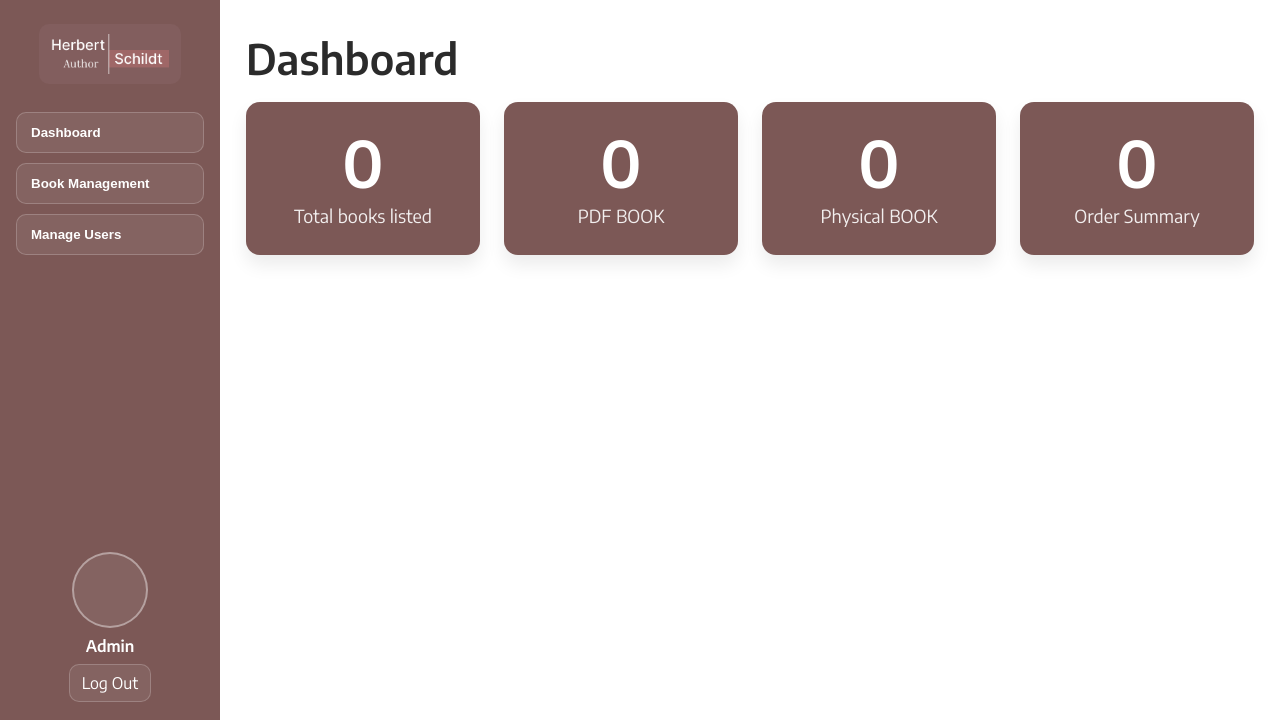
Repository: Darkrepo23/Author-Website-
Page: pages/Admin/admin.html
The author's editor kept a copy of each file at every save. The page is drawn from the files as they stood at one save, then again after the next save.
The browser window is 1280 px wide. The pictures show the whole page.

Above is the page before, as saved 2025-09-11 06:52:22.

### pages/Admin/admin.html
<!DOCTYPE html>
<html lang="en">
<head>
  <meta charset="UTF-8" />
  <meta name="viewport" content="width=device-width, initial-scale=1.0" />
  <title>Admin | Herbert Schildt</title>
  <link rel="stylesheet" href="admin.css" />
  <link rel="preload" href="../font/Encode_Sans/static/EncodeSans-Regular.ttf" as="font" type="font/ttf" crossorigin>
  <link rel="preload" href="../font/Encode_Sans/static/EncodeSans-SemiBold.ttf" as="font" type="font/ttf" crossorigin>
</head>
<body>
  <aside class="sidebar">
    <div class="brand">
      <div class="brand-box">
        <img src="Group 10.png" alt="Herbert Schildt" class="brand-logo" />
      </div>
    </div>
    <button class="burger" id="burger" aria-label="Toggle menu">
      <span></span><span></span><span></span>
    </button>
    <nav class="menu">
      <button class="menu-item active" data-target="dashboard">Dashboard</button>
      <button class="menu-item" data-target="books">Book Management</button>
      <button class="menu-item" data-target="users">Manage Users</button>
    </nav>
    <div class="admin-profile">
      <div class="avatar" aria-hidden="true"></div>
      <div class="admin-name">Admin</div>
      <a href="../Login/pages/login.html" class="logout">Log Out</a>
    </div>
  </aside>

  <main class="content">
    <!-- DASHBOARD -->
    <section id="dashboard" class="section visible">
      <h1>Dashboard</h1>
      <div class="cards">
        <div class="card">
          <div class="card-num" id="stat-total-books">0</div>
          <div class="card-label">Total books listed</div>
        </div>
        <div class="card">
          <div class="card-num" id="stat-pdf">0</div>
          <div class="card-label">PDF BOOK</div>
        </div>
        <div class="card">
          <div class="card-num" id="stat-physical">0</div>
          <div class="card-label">Physical BOOK</div>
        </div>
        <div class="card">
          <div class="card-num" id="stat-orders">0</div>
          <div class="card-label">Order Summary</div>
        </div>
      </div>
    </section>

    <!-- BOOK MANAGEMENT -->
    <section id="books" class="section">
      <div class="section-head">
        <h1>Book Management</h1>
        <button class="primary" id="btn-open-add-book">
          <span class="icon-book" aria-hidden="true"></span>
          Add Book
        </button>
      </div>
      <div class="table-wrap">
        <table class="table">
          <thead>
            <tr>
              <th>Book Title</th>
              <th>Category</th>
              <th>Price</th>
              <th>Book Type</th>
              <th>Edit</th>
              <th>Delete</th>
            </tr>
          </thead>
          <tbody id="books-tbody"></tbody>
        </table>
      </div>
    </section>

    <!-- USERS -->
    <section id="users" class="section">
      <h1>Manage Users</h1>
      <div class="table-wrap">
        <table class="table">
          <thead>
            <tr>
              <th>Full Name</th>
              <th>Email</th>
              <th>Purchase Books</th>
              <th>Date Joined</th>
              <th>View</th>
            </tr>
          </thead>
          <tbody id="users-tbody"></tbody>
        </table>
      </div>
    </section>
  </main>

  <!-- Add/Edit Book Modal -->
  <div class="modal" id="book-modal" aria-hidden="true" role="dialog" aria-labelledby="book-modal-title">
    <div class="modal-card">
      <div class="modal-head">
        <h2 id="book-modal-title">Add New Books</h2>
        <button class="icon-close" id="book-modal-close" aria-label="Close"></button>
      </div>
      <div class="modal-body add-book-grid">
        <div class="book-image">
         .img
          <label class="secondary file-btn">
            <input type="file" id="book-cover" accept="image/*" hidden />
            Upload Image Book
          </label>
          <div class="field">
            <label>Book Type</label>
            <select id="book-type">
              <option value="PDF">PDF BOOK</option>
              <option value="PHYSICAL">PHYSICAL BOOK</option>
            </select>
          </div>
          <label class="secondary file-btn">
            <input type="file" id="book-pdf" accept="application/pdf" hidden />
            Upload PDF
          </label>
        </div>
        <form id="book-form" class="book-form" autocomplete="off">
          <div class="field">
            <label>Title</label>
            <input id="book-title" type="text" required />
          </div>
          <div class="field">
            <label>Description</label>
            <textarea id="book-description" rows="6"></textarea>
          </div>
          <div class="grid-3">
            <div class="field">
              <label>Price</label>
              <input id="book-price" type="number" step="0.01" min="0" required />
            </div>
            <div class="field">
              <label>Category</label>
              <input id="book-category" type="text" required />
            </div>
            <div class="field">
              <label>Rating</label>
              <input id="book-rating" type="number" step="0.1" min="0" max="5" />
            </div>
          </div>
          <div class="grid-3">
            <div class="field">
              <label>Year</label>
              <input id="book-year" type="number" min="1900" max="2100" />
            </div>
            <div class="field">
              <label>Pages</label>
              <input id="book-pages" type="number" min="1" />
            </div>
            <div class="field">
              <label>ISBN</label>
              <input id="book-isbn" type="text" />
            </div>
          </div>
          <div class="modal-actions">
            <button type="button" class="secondary" id="book-cancel">Go Back</button>
            <button type="submit" class="primary" id="book-submit">Add New Book</button>
          </div>
        </form>
      </div>
    </div>
  </div>

  <!-- User Details Modal -->
  <div class="modal" id="user-modal" aria-hidden="true" role="dialog" aria-labelledby="user-modal-title">
    <div class="modal-card">
      <div class="modal-head">
        <h2 id="user-modal-title">User Information</h2>
        <button class="icon-close" id="user-modal-close" aria-label="Close"></button>
      </div>
      <div class="modal-body">
        <div class="user-info">
          <div class="line"><span>Full Name:</span><b id="u-fullname"></b></div>
          <div class="line"><span>Email:</span><b id="u-email"></b></div>
          <div class="line"><span>Date Joined:</span><b id="u-joined"></b></div>
          <h3>Purchase Book</h3>
          <div id="u-books" class="chips"></div>
        </div>
        <div class="modal-actions gap">
          <button class="secondary" id="user-block">Block Account</button>
          <button class="danger" id="user-delete">Delete Account</button>
        </div>
      </div>
    </div>
  </div>

  <script src="admin.js"></script>
</body>
</html>

### pages/Admin/admin.css
@font-face {
  font-family: Encode;
  src: url("../font/Encode_Sans/static/EncodeSans-Regular.ttf") format("truetype");
  font-weight: 400;
  font-style: normal;
  font-display: swap;
}

@font-face {
  font-family: Encode;
  src: url("../font/Encode_Sans/static/EncodeSans-SemiBold.ttf") format("truetype");
  font-weight: 600;
  font-style: normal;
  font-display: swap;
}

:root {
  --brand: #7c5856;
  --brand-600: #6f4c4a;
  --text: #2b2b2b;
  --muted: #676767;
  --bg: #ffffff;
  --border: #d6d1d1;
  --shadow: 0 10px 18px rgba(0, 0, 0, .08);
}

* {
  box-sizing: border-box;
}

html,
body {
  height: 100%;
}

body {
  margin: 0;
  font-family: Encode, system-ui, -apple-system, Segoe UI, Roboto, Ubuntu, Cantarell, Noto Sans, sans-serif;
  color: var(--text);
  background: var(--bg);
  display: flex;
}

.sidebar {
  width: 220px;
  min-width: 220px;
  background: var(--brand);
  color: #fff;
  display: flex;
  flex-direction: column;
  position: sticky;
  top: 0;
  height: 100vh;
  padding: 18px 16px;
  gap: 18px;
}

.brand {
  display: flex;
  align-items: center;
  justify-content: center;
  padding: 6px 0 10px;
}

.brand-box {
  background: #825E5E;
  padding: 10px 12px;
  border-radius: 10px;
  display: inline-flex;
  align-items: center;
  justify-content: center;
}

.brand-logo {
  height: 40px;
  filter: brightness(100%);
}

.burger {
  display: none;
  position: absolute;
  top: 16px;
  right: -48px;
  background: #fff;
  border: none;
  border-radius: 8px;
  padding: 10px;
  box-shadow: var(--shadow);
  cursor: pointer;
}

.burger span {
  display: block;
  width: 22px;
  height: 2px;
  background: var(--brand);
  margin: 4px 0;
}

.menu {
  display: flex;
  flex-direction: column;
  gap: 10px;
}

.menu-item {
  background: #fff1;
  color: #fff;
  border: 1px solid #ffffff33;
  border-radius: 10px;
  padding: 12px 14px;
  text-align: left;
  font-weight: 600;
  cursor: pointer;
}

.img

.menu-item.active,
.menu-item:hover {
  background: #fff;
  border-color: #fff;
  color: var(--brand);
}

.admin-profile {
  margin-top: auto;
  display: flex;
  flex-direction: column;
  align-items: center;
  gap: 8px;
}

.avatar {
  width: 76px;
  height: 76px;
  border-radius: 50%;
  background: #fff1;
  border: 2px solid #ffffff66;
}

.admin-name {
  font-weight: 600;
}

.logout {
  color: #fff;
  background: #fff1;
  border: 1px solid #ffffff33;
  border-radius: 10px;
  padding: 8px 12px;
  text-decoration: none;
}

.logout:hover {
  background: #fff;
  color: var(--brand);
}

.content {
  flex: 1;
  padding: 32px 26px;
}

.section {
  display: none;
}

.section.visible {
  display: block;
}

.section h1 {
  margin: 0 0 18px;
  font-size: 42px;
}

.cards {
  display: grid;
  grid-template-columns: repeat(4, minmax(170px, 1fr));
  gap: 24px;
}

.card {
  background: var(--brand);
  color: #fff;
  border-radius: 14px;
  padding: 28px;
  text-align: center;
  box-shadow: var(--shadow);
}

.card-num {
  font-size: 64px;
  font-weight: 700;
  line-height: 1;
}

.card-label {
  opacity: .9;
  margin-top: 10px;
  font-size: 18px;
}

.section-head {
  display: flex;
  align-items: center;
  justify-content: space-between;
  gap: 16px;
}

.primary,
.secondary,
.danger {
  border: none;
  border-radius: 10px;
  padding: 12px 18px;
  font-weight: 700;
  cursor: pointer;
}

.primary {
  background: var(--brand);
  color: #fff;
}

.primary:hover {
  background: var(--brand-600);
}

.secondary {
  background: #e9e4e4;
  color: var(--text);
}

.danger {
  background: #e02828;
  color: #fff;
}

.table-wrap {
  background: #fff;
  border: 1px solid var(--border);
  border-radius: 10px;
  overflow: auto;
}

.table {
  width: 100%;
  border-collapse: collapse;
  min-width: 740px;
}

.table th,
.table td {
  padding: 16px 18px;
  border-bottom: 1px solid var(--border);
}

.table thead th {
  background: #f6f3f3;
  text-align: left;
}

.table td .small {
  font-size: 12px;
  color: var(--muted);
}

.table button {
  padding: 8px 12px;
  border-radius: 8px;
  border: 1px solid var(--border);
  background: #eee;
  cursor: pointer;
}

.table button:hover {
  background: #e2dfdf;
}

/* MODAL */
.modal {
  position: fixed;
  inset: 0;
  background: rgba(0, 0, 0, .35);
  display: none;
  align-items: center;
  justify-content: center;
  padding: 20px;
}

.modal.show {
  display: flex;
}

.modal-card {
  width: min(980px, 100%);
  background: #fff;
  border-radius: 12px;
  box-shadow: var(--shadow);
  overflow: hidden;
}

.modal-head {
  display: flex;
  align-items: center;
  justify-content: space-between;
  padding: 18px 20px;
  border-bottom: 1px solid var(--border);
}

.modal-body {
  padding: 20px;
}

.icon-close {
  width: 32px;
  height: 32px;
  border-radius: 8px;
  border: 1px solid var(--border);
  background: #f5f5f5;
  cursor: pointer;
}

.icon-close:before {
  content: "\00D7";
  display: block;
  text-align: center;
  font-size: 20px;
  line-height: 30px;
  color: var(--text);
}

.add-book-grid {
  display: grid;
  grid-template-columns: 280px 1fr;
  gap: 24px;
}

.book-image img {
  width: 100%;
  height: auto;
  border: 1px solid var(--border);
  border-radius: 8px;
}

.file-btn {
  display: inline-block;
  text-align: center;
  margin-top: 10px;
}

.book-form .field {
  display: flex;
  flex-direction: column;
  gap: 8px;
  margin-bottom: 12px;
}

.book-form input,
.book-form textarea,
.book-form select {
  padding: 12px 12px;
  border: 1px solid var(--border);
  border-radius: 10px;
  font: inherit;
}

.grid-3 {
  display: grid;
  grid-template-columns: repeat(3, 1fr);
  gap: 12px;
}

.modal-actions {
  display: flex;
  justify-content: flex-end;
  gap: 12px;
  margin-top: 8px;
}

.modal-actions.gap {
  justify-content: flex-start;
}

.user-info .line {
  display: flex;
  gap: 8px;
  margin: 6px 0;
  color: var(--muted);
}

.user-info h3 {
  margin-top: 12px;
}

.chips {
  display: flex;
  flex-wrap: wrap;
  gap: 10px;
  margin-top: 6px;
}

.chips:empty:before {
  content: "No purchase yet";
  color: var(--muted);
}

.chips .chip {
  background: #f0eeee;
  border: 1px solid var(--border);
  border-radius: 999px;
  padding: 6px 10px;
  font-size: 14px;
}

/* RESPONSIVE */
@media (max-width: 1024px) {
  .cards { grid-template-columns: repeat(2, 1fr); }
}

@media (max-width: 840px) {
  .sidebar {
    position: fixed;
    left: 0;
    z-index: 20;
    transform: translateX(-100%);
    transition: transform .25s;
  }
  .sidebar.open { transform: none; }
  .burger { display: block; }
  .content { padding: 24px 16px; margin-left: 0; }
  .add-book-grid { grid-template-columns: 1fr; }
  .grid-3 { grid-template-columns: 1fr; }
}

Loaded but not shown: pages/Admin/admin.js (no copy from this time; the picture is the same without it)

After the next save:
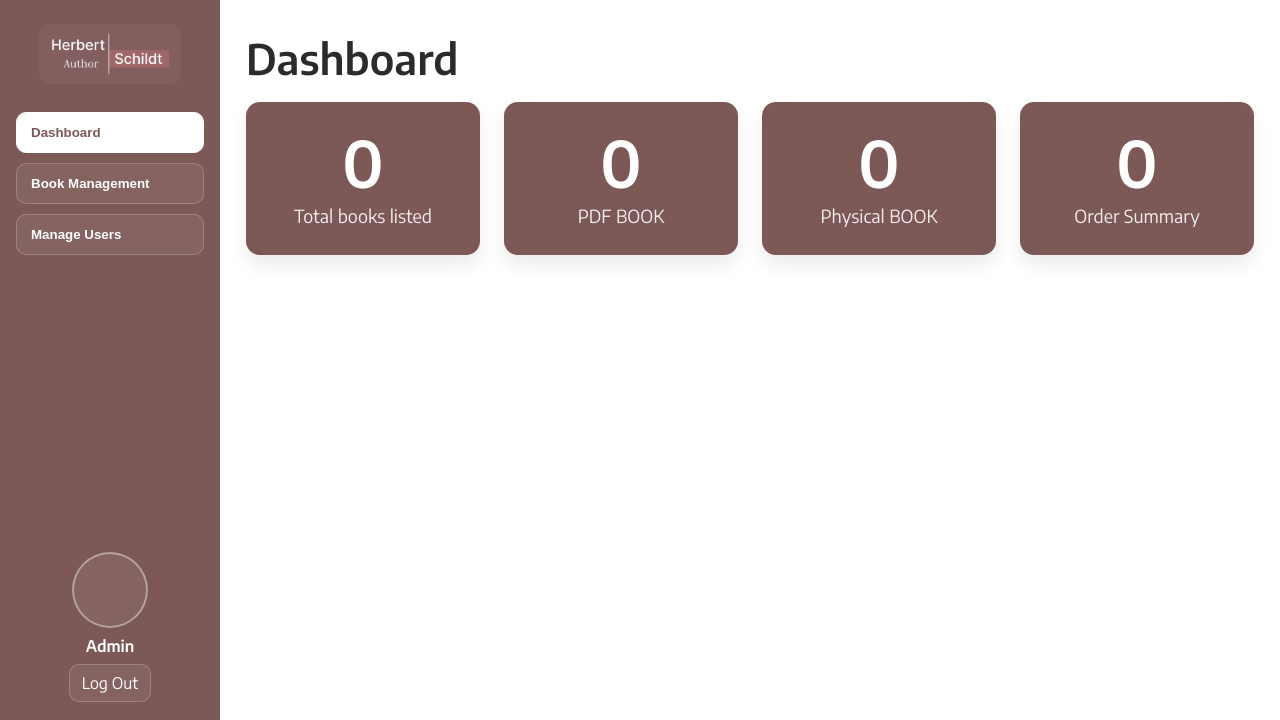
Saved 6 s later.
--- a/pages/Admin/admin.css
+++ b/pages/Admin/admin.css
@@ -114,7 +114,9 @@
   cursor: pointer;
 }
 
-.img
+.img-cover {
+  height: ;
+}
 
 .menu-item.active,
 .menu-item:hover {
